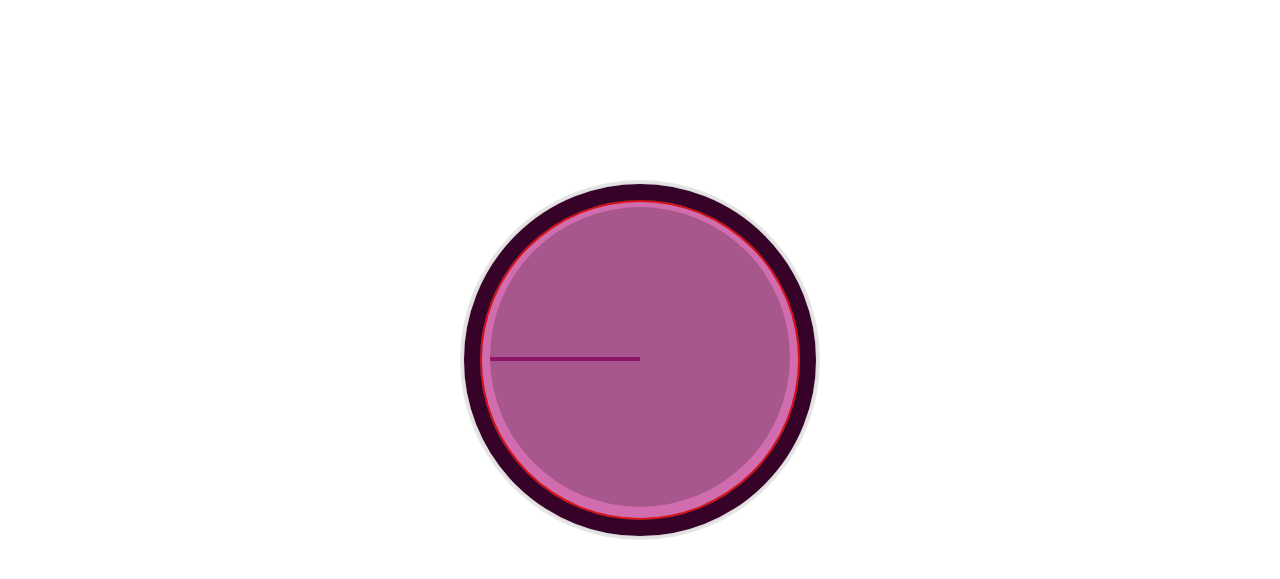
Repository: Freezler/javascript-css-clock
Page: index.html
An editor plug-in stored every save of this project. The page is shown before and after the next save, followed by the edit.
The browser window is 1280 px wide. The pictures show the whole page.

Above is the page before, as saved 2024-08-24 16:01:22.

After the next save:
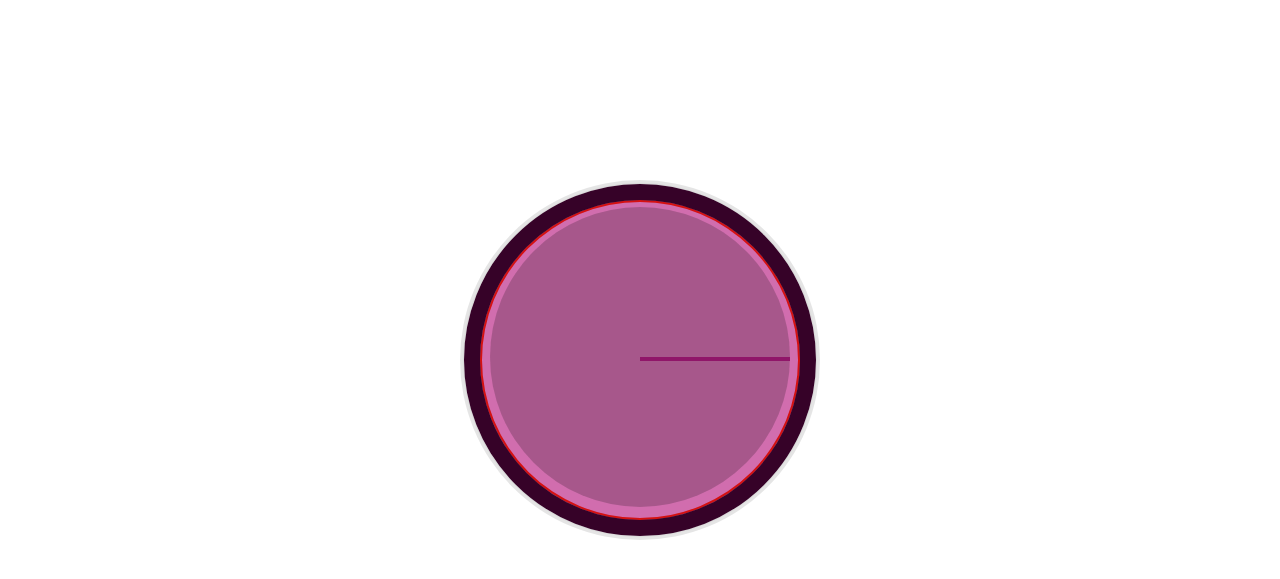
Saved 14 s later.
--- a/style.css
+++ b/style.css
@@ -52,7 +52,7 @@ body {
     top: 50%;
     z-index: 100;
     transform-origin: 100%;
-    transform: rotate(calc(360deg / 60);
+    transform: rotate(0.5turn);
     transition-timing-function: cubic-bezier(0.1, 2.7, 0.58, 1);
     transition: all 0.05s;
 }
